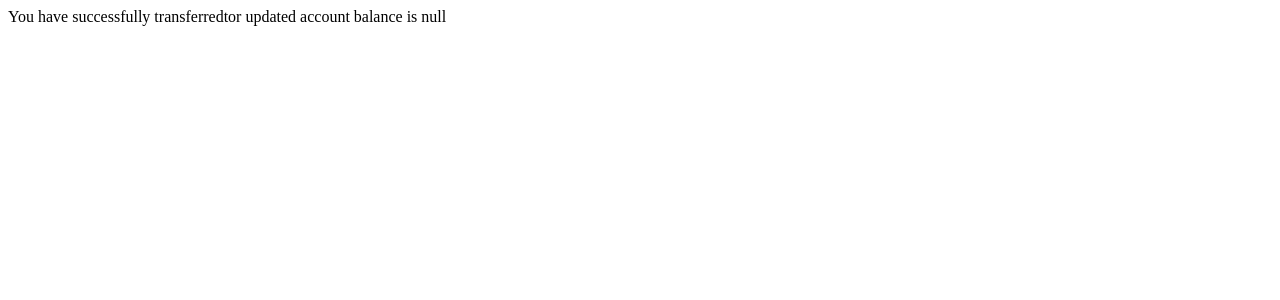
Repository: avchen0/Avensys
Page: http://localhost/FirstProgram/transferSuccess.jsp
These files come from the project's save history. The page is drawn as it stood at one moment and after the next save; the edit follows.
The browser window is 1280 px wide. The pictures show the whole page.
The page is served by Tomcat 9.

Above is the page before, as saved 2021-08-09 17:14:28.

After the next save:
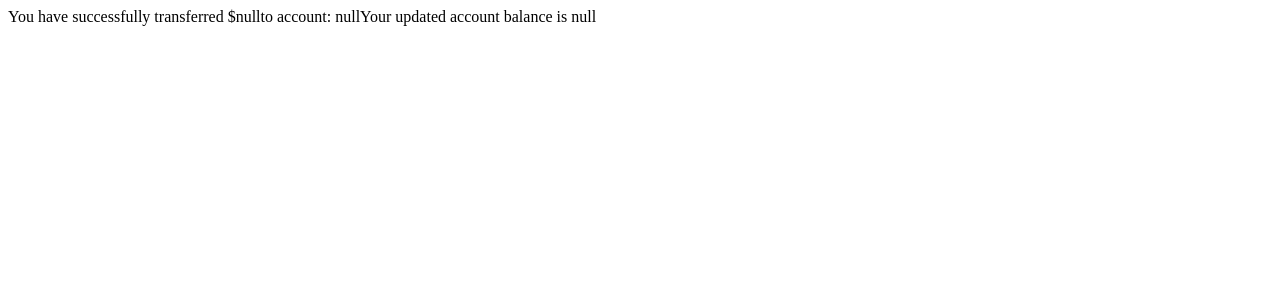
Saved 2 min 0 s later.
--- a/Java/FirstProgram/src/main/webapp/transferSuccess.jsp
+++ b/Java/FirstProgram/src/main/webapp/transferSuccess.jsp
@@ -7,6 +7,6 @@
 <title>Transfer Success</title>
 </head>
 <body>
-<%out.println("You have successfully transferred"+ "to" + "r updated account balance is " + session.getAttribute("balance"));%>
+<%out.println("You have successfully transferred $" + session.getAttribute("transfer") + "to account: " + session.getAttribute("racno") + "Your updated account balance is " + session.getAttribute("balance"));%>
 </body>
 </html>
